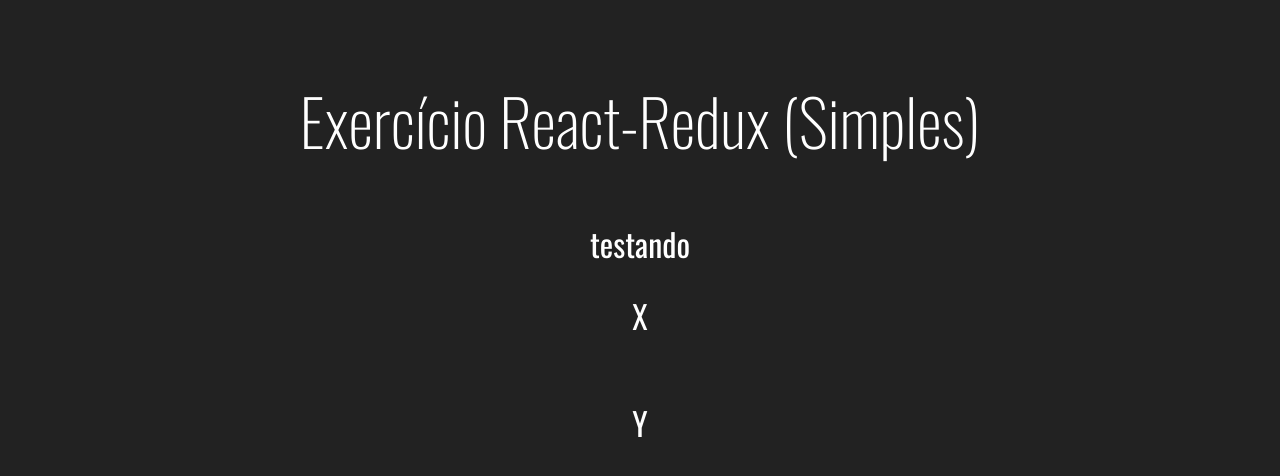
Repository: WellysonP/testando-react-redux
Page: /
The author's editor kept a copy of each file at every save. The page is drawn from the files as they stood at one save, then again after the next save.
The browser window is 1280 px wide. The pictures show the whole page.
The project was rebuilt for these pictures with package versions that can differ from the ones it lists, and the page was loaded fresh each time.

Above is the page before, as saved 2023-01-12 17:38:43.

### public/index.html
<!DOCTYPE html>
<html lang="en">
  <head>
    <link rel="preconnect" href="https://fonts.googleapis.com">
<link rel="preconnect" href="https://fonts.gstatic.com" crossorigin>
<link href="https://fonts.googleapis.com/css2?family=Oswald:wght@200;300;400;500;600;700&display=swap" rel="stylesheet">
    <meta charset="utf-8" />
    <link rel="icon" href="%PUBLIC_URL%/favicon.ico" />
    <meta name="viewport" content="width=device-width, initial-scale=1" />
    <meta name="theme-color" content="#000000" />
    <meta
      name="description"
      content="Web site created using create-react-app"
    />
    <link rel="apple-touch-icon" href="%PUBLIC_URL%/logo192.png" />
    <!--
      manifest.json provides metadata used when your web app is installed on a
      user's mobile device or desktop. See https://developers.google.com/web/fundamentals/web-app-manifest/
    -->
    <link rel="manifest" href="%PUBLIC_URL%/manifest.json" />
    <!--
      Notice the use of %PUBLIC_URL% in the tags above.
      It will be replaced with the URL of the `public` folder during the build.
      Only files inside the `public` folder can be referenced from the HTML.

      Unlike "/favicon.ico" or "favicon.ico", "%PUBLIC_URL%/favicon.ico" will
      work correctly both with client-side routing and a non-root public URL.
      Learn how to configure a non-root public URL by running `npm run build`.
    -->
    <title>React App</title>
  </head>
  <body>
    <noscript>You need to enable JavaScript to run this app.</noscript>
    <div id="root"></div>
    <!--
      This HTML file is a template.
      If you open it directly in the browser, you will see an empty page.

      You can add webfonts, meta tags, or analytics to this file.
      The build step will place the bundled scripts into the <body> tag.

      To begin the development, run `npm start` or `yarn start`.
      To create a production bundle, use `npm run build` or `yarn build`.
    -->
  </body>
</html>

### src/index.css
body{
  background-color: #222;
  font-size: 2rem;
  font-family: Oswald;
  color: #fff;
  margin: 30px;
}

### src/App.js
import logo from './logo.svg';
import './App.css';
import Card from './components/Card';

function App() {
  return (
    <div className="App">
      <h1>Exercício React-Redux (Simples)</h1>
      <div className='linha'>
      <Card title="testando">
        X
        </Card>
      </div>
      <div className='linha'>
      <Card>
        Y
        </Card>
      </div>
    </div>
  );
}

export default App;

### src/App.css
.App{
  display: flex;
  flex-direction: column;
  text-align: center;
}

h1{
  font-weight: 200;
}

.linha{
  display: flex;
}

### src/components/Card.jsx
import "./Card.css"

function getColor(props){
    if(props.red) return "Red"
    if(props.green) return "Green"
    if(props.blue) return "Blue"
    if(props.purple) return "Purple"
    return""
}

export default props => {
    return (
        <div className={`Card ${getColor(props)}`}>
            <div className="Header">
                <span className="Title">{props.title}</span>
            </div>
            <div className="Content">
                {props.children}
            </div>
        </div>
    )
}

### src/components/Card.css
.Card{
    flex: 1;
    display: flex;
    flex-direction: column;
    margin: 5px;
}

.Card .Header{
    display: flex;
    flex-direction: row;
    justify-content: center;
}

.Card .Header .Title{
    flex: 1;
    padding: 5px;
}

.Card .Content{
    padding: 20px;
}

.Card.Red .Header{ color: #fff; background-color: #c62828;}
.Card.Red .Content{ color: #fff; background-color: #f44336;}

Loaded but not shown: src/index.js (common file); src/reportWebVitals.js (common file)

After the next save:
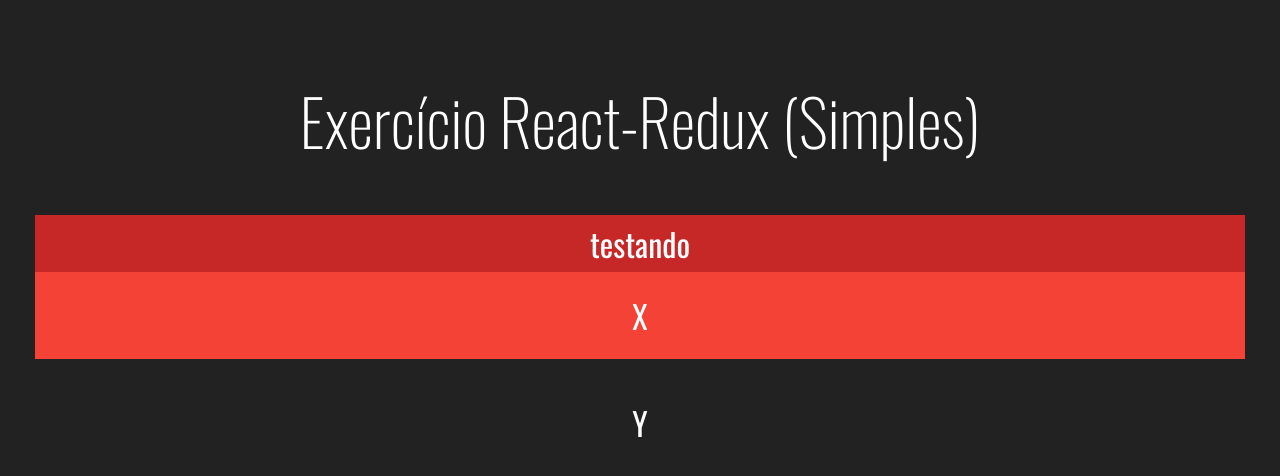
Saved 17 s later.
--- a/src/App.js
+++ b/src/App.js
@@ -7,7 +7,7 @@
     <div className="App">
       <h1>Exercício React-Redux (Simples)</h1>
       <div className='linha'>
-      <Card title="testando">
+      <Card title="testando" red>
         X
         </Card>
       </div>

After the save that followed:
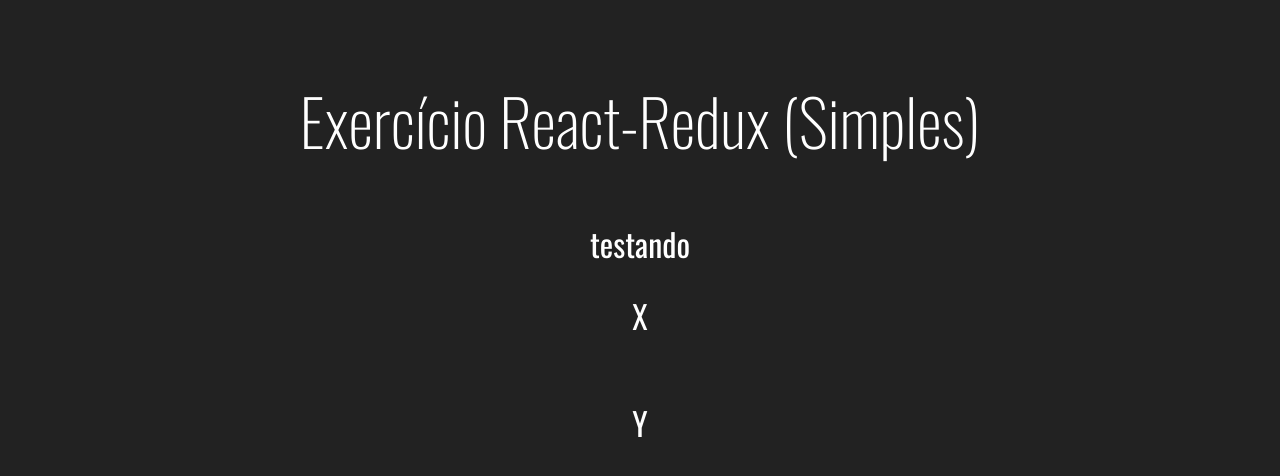
Saved 8 s later.
--- a/src/App.js
+++ b/src/App.js
@@ -7,7 +7,7 @@
     <div className="App">
       <h1>Exercício React-Redux (Simples)</h1>
       <div className='linha'>
-      <Card title="testando" red>
+      <Card title="testando" blue>
         X
         </Card>
       </div>
